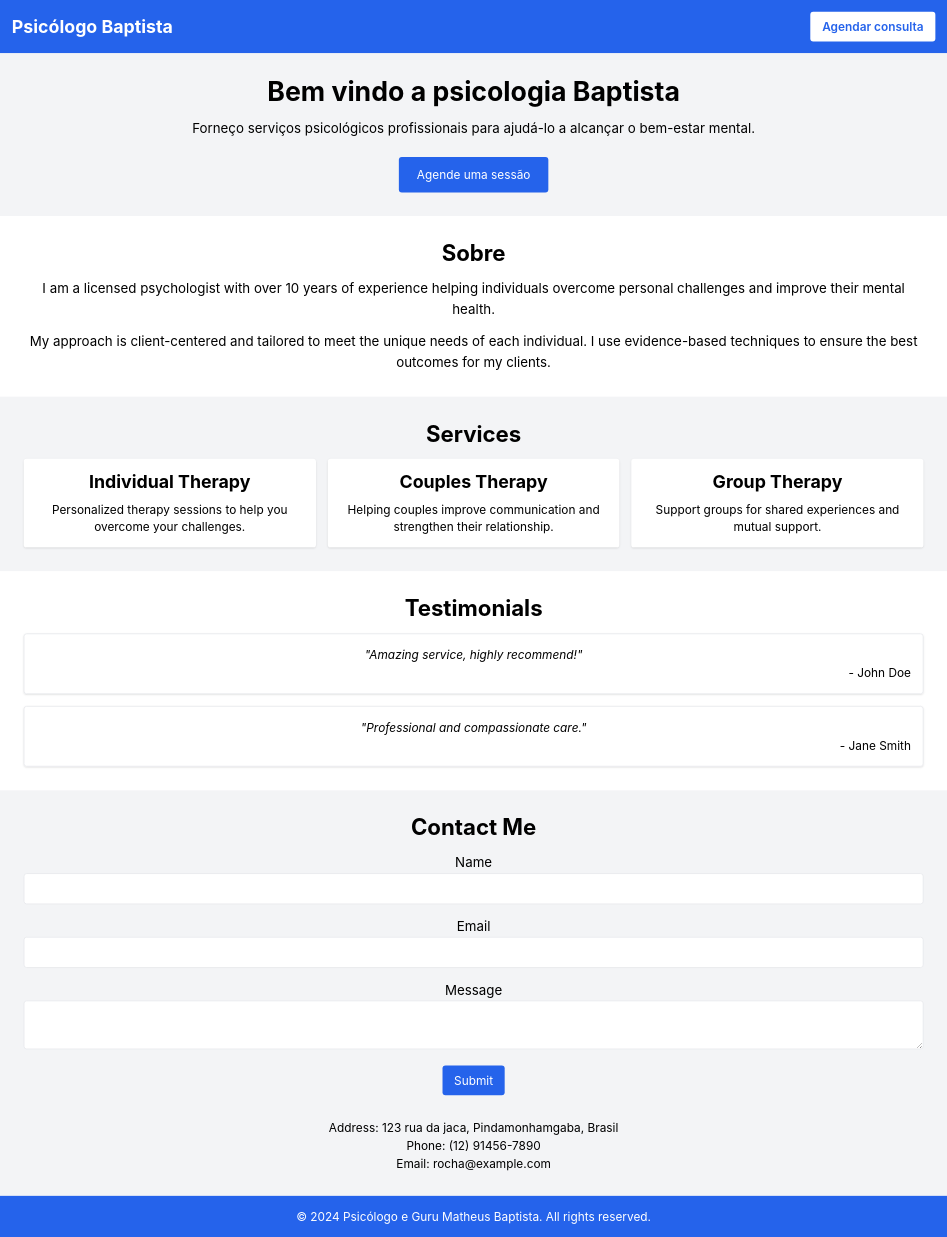
Repository: SrNascimento40/psychologist-portfolio
Page: /
These files come from the project's save history. The page is drawn as it stood at one moment and after a run of saves; the edit follows.
The browser window is 1280 px wide. The pictures show the whole page, at 74% of full size.
The project was rebuilt for these pictures with package versions that can differ from the ones it lists, and the page was loaded fresh each time. Also part of the build but not shown: vite.config.ts.

Above is the page before, as saved 2024-07-04 17:32:09.

### index.html
<!doctype html>
<html lang="en">
  <head>
    <meta charset="UTF-8" />
    <link rel="icon" type="image/svg+xml" href="/vite.svg" />
    <meta name="viewport" content="width=device-width, initial-scale=1.0" />
    <title>Psicólogo e Guru Baptista</title>
  </head>
  <body>
    <div id="root"></div>
    <script type="module" src="/src/main.tsx"></script>
  </body>
</html>

### src/App.tsx
import './App.css'
import Header from './Header'
import Hero from './Hero'
import About from './About'
import Services from './Services'
import Testimonials from './Testimonials'
import Contact from './Contact'
import Footer from './Footer'

function App() {

  return (
    <div>
      <Header />
      <main>
          <Hero />
          <About />
          <Services />
          <Testimonials />
          <Contact />
      </main>
      <Footer />
    </div>
  )
}

export default App

### src/index.css
@tailwind base;
@tailwind components;
@tailwind utilities;

:root {
  font-family: Inter, system-ui, Avenir, Helvetica, Arial, sans-serif;

  /* color-scheme: light dark;
  color: rgba(255, 255, 255, 0.87);
  background-color: #242424; */

  /* font-synthesis: none;
  text-rendering: optimizeLegibility;
  -webkit-font-smoothing: antialiased;
  -moz-osx-font-smoothing: grayscale; */
}


/* @media (prefers-color-scheme: light) {
  :root {
    color: #213547;
    background-color: #ffffff;
  }
  a:hover {
    color: #747bff;
  }
  button {
    background-color: #f9f9f9;
  }
} */

### src/App.css
#root {
  margin: 0;
  padding: 0;
  text-align: center;
}

### src/Header.tsx

import './App.css'

export default function Header() {

  return (
    <header className="bg-blue-600 text-white p-4">
      <div className="container mx-auto flex justify-between items-center">
          <div className="text-2xl font-bold">Psicólogo Baptista</div>
          <button className="bg-white font-semibold text-blue-600 px-4 py-2 rounded">Agendar consulta</button>
      </div>
    </header>
  )
}

### src/Hero.tsx
import { useState } from 'react'
import './App.css'

export default function Hero() {
  const [count, setCount] = useState(0)

  return (
    <section id="home" className="bg-gray-100 p-8 text-center">
    <h1 className="text-4xl font-bold mb-4">Bem vindo a psicologia Baptista</h1>
    <p className="text-lg mb-6">Forneço serviços psicológicos profissionais para ajudá-lo a alcançar o bem-estar mental.</p>
    <button className="bg-blue-600 text-white px-6 py-3 rounded">Agende uma sessão</button>
</section>  )
}

### src/About.tsx
import { useState } from 'react'
import './App.css'

export default function About() {
  const [count, setCount] = useState(0)

  return (
    <section id="about" className="bg-white p-8">
      <h2 className="text-3xl font-bold mb-4">Sobre</h2>
      <p className="text-lg mb-4">
          I am a licensed psychologist with over 10 years of experience helping individuals overcome personal challenges and improve their mental health.
      </p>
      <p className="text-lg">
          My approach is client-centered and tailored to meet the unique needs of each individual. I use evidence-based techniques to ensure the best outcomes for my clients.
      </p>
    </section>
  )
}

### src/Services.tsx
import './App.css'

export default function Services() {
  const services = [
    { title: 'Individual Therapy', description: 'Personalized therapy sessions to help you overcome your challenges.' },
    { title: 'Couples Therapy', description: 'Helping couples improve communication and strengthen their relationship.' },
    { title: 'Group Therapy', description: 'Support groups for shared experiences and mutual support.' },
  ];

  return (
    <section id="services" className="bg-gray-100 p-8">
      <h2 className="text-3xl font-bold mb-4">Services</h2>
      <div className="grid grid-cols-1 md:grid-cols-3 gap-4">
          {services.map((service, index) => (
              <div key={index} className="bg-white p-4 rounded shadow">
                  <h3 className="text-2xl font-bold mb-2">{service.title}</h3>
                  <p>{service.description}</p>
              </div>
          ))}
      </div>
    </section>
  )
}

### src/Testimonials.tsx
import './App.css'

export default function Testimonials() {
  const testimonials = [
    { name: 'John Doe', quote: 'Amazing service, highly recommend!' },
    { name: 'Jane Smith', quote: 'Professional and compassionate care.' },
  ];

  return (
    <section id="testimonials" className="bg-white p-8">
        <h2 className="text-3xl font-bold mb-4">Testimonials</h2>
        <div className="space-y-4">
            {testimonials.map((testimonial, index) => (
                <div key={index} className="border p-4 rounded shadow">
                    <p className="italic">"{testimonial.quote}"</p>
                    <p className="text-right">- {testimonial.name}</p>
                </div>
            ))}
        </div>
    </section>
  )
}

### src/Contact.tsx
import './App.css'

export default function Contact() {
  return (
    <section id="contact" className="bg-gray-100 p-8">
      <h2 className="text-3xl font-bold mb-4">Contact Me</h2>
      <form className="space-y-4">
          <div>
              <label className="block text-lg">Name</label>
              <input type="text" className="w-full p-2 border rounded" />
          </div>
          <div>
              <label className="block text-lg">Email</label>
              <input type="email" className="w-full p-2 border rounded" />
          </div>
          <div>
              <label className="block text-lg">Message</label>
              <textarea className="w-full p-2 border rounded"></textarea>
          </div>
          <button type="submit" className="bg-blue-600 text-white px-4 py-2 rounded">Submit</button>
      </form>
      <div className="mt-8">
          <p>Address: 123 rua da jaca, Pindamonhamgaba, Brasil</p>
          <p>Phone: (12) 91456-7890</p>
          <p>Email: rocha@example.com</p>
      </div>
    </section>
  )
}

### src/Footer.tsx
import './App.css'

export default function Footer() {

  return (
    <footer className="bg-blue-600 text-white p-4 text-center">
        <p>&copy; 2024 Psicólogo e Guru Matheus Baptista. All rights reserved.</p>
    </footer>
  )
}

Loaded but not shown: src/main.tsx (common file); tailwind.config.js (common file)

After the next 3 saves:
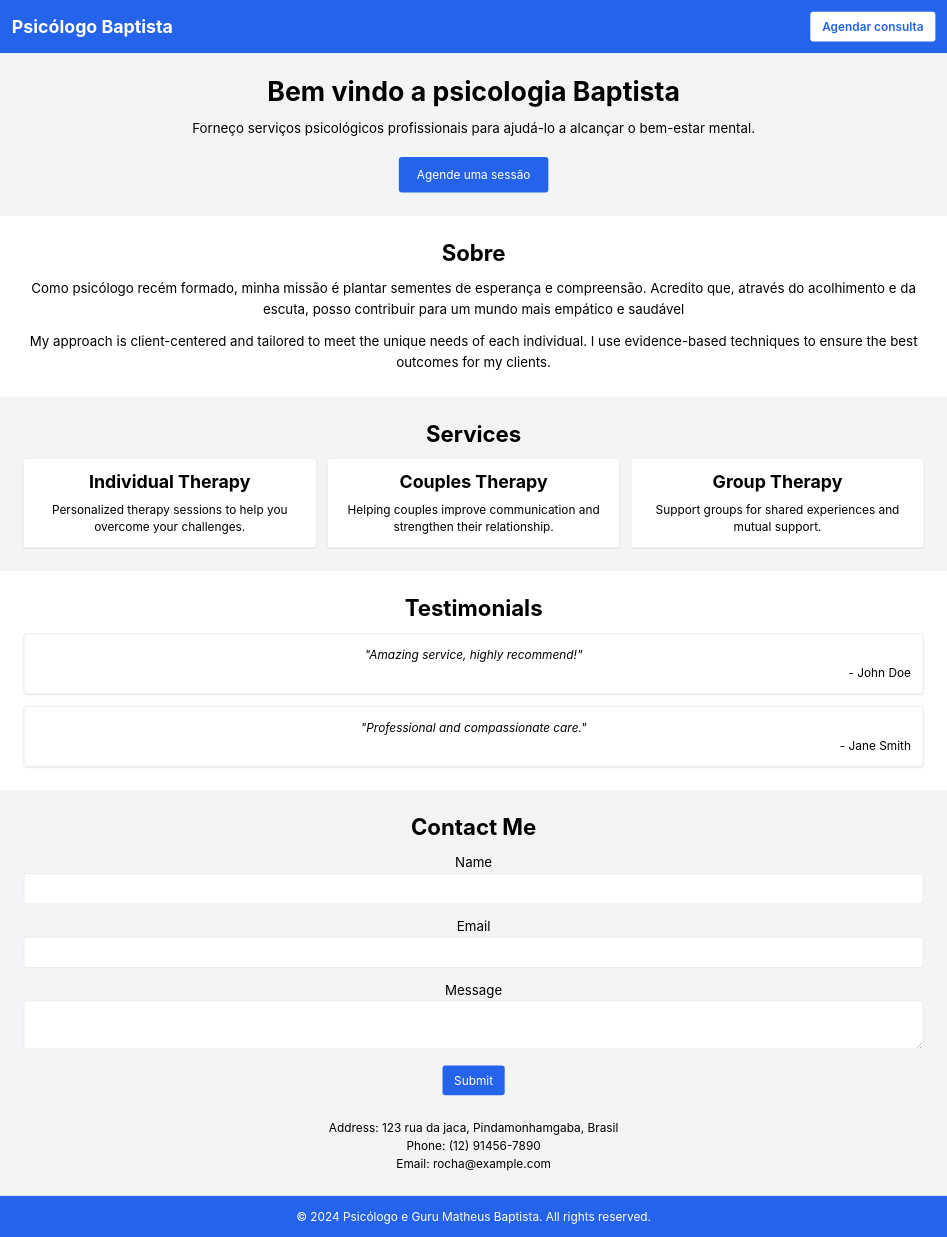
The 3 saves are shown as one change because they came seconds apart.
The last was saved 85 s later.
--- a/src/About.tsx
+++ b/src/About.tsx
@@ -8,7 +8,7 @@ export default function About() {
     <section id="about" className="bg-white p-8">
       <h2 className="text-3xl font-bold mb-4">Sobre</h2>
       <p className="text-lg mb-4">
-          I am a licensed psychologist with over 10 years of experience helping individuals overcome personal challenges and improve their mental health.
+        Como psicólogo recém formado, minha missão é plantar sementes de esperança e compreensão. Acredito que, através do acolhimento e da escuta, posso contribuir para um mundo mais empático e saudável
       </p>
       <p className="text-lg">
           My approach is client-centered and tailored to meet the unique needs of each individual. I use evidence-based techniques to ensure the best outcomes for my clients.
